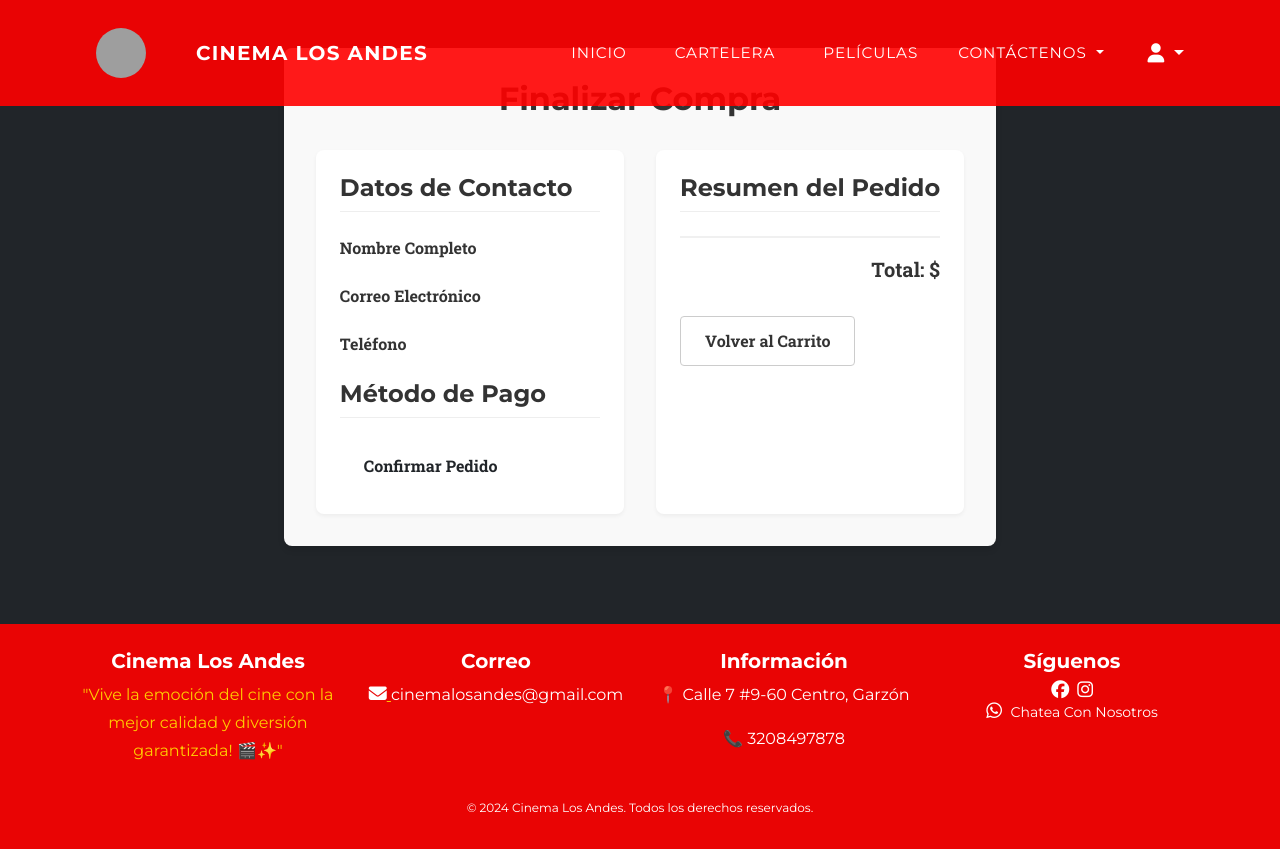
Repository: FelipeADSO/PROYECTO-SENA-FINAL
Page: cinema/templates/finalizar_compra.html
These files come from the project's save history. The page is drawn as it stood at one moment and after the next save; the edit follows.
The browser window is 1280 px wide. The pictures show the whole page.
Pictures or frames that could not be fetched are drawn as grey boxes. Some web libraries are served in a nearby version. The template is drawn by Django 5.2. The application's start-up code is not run. The template is opened directly, without the code that normally fills it, so the values that code supplies are empty.

Above is the page before, as saved 2025-03-06 09:25:11.

After the next save:
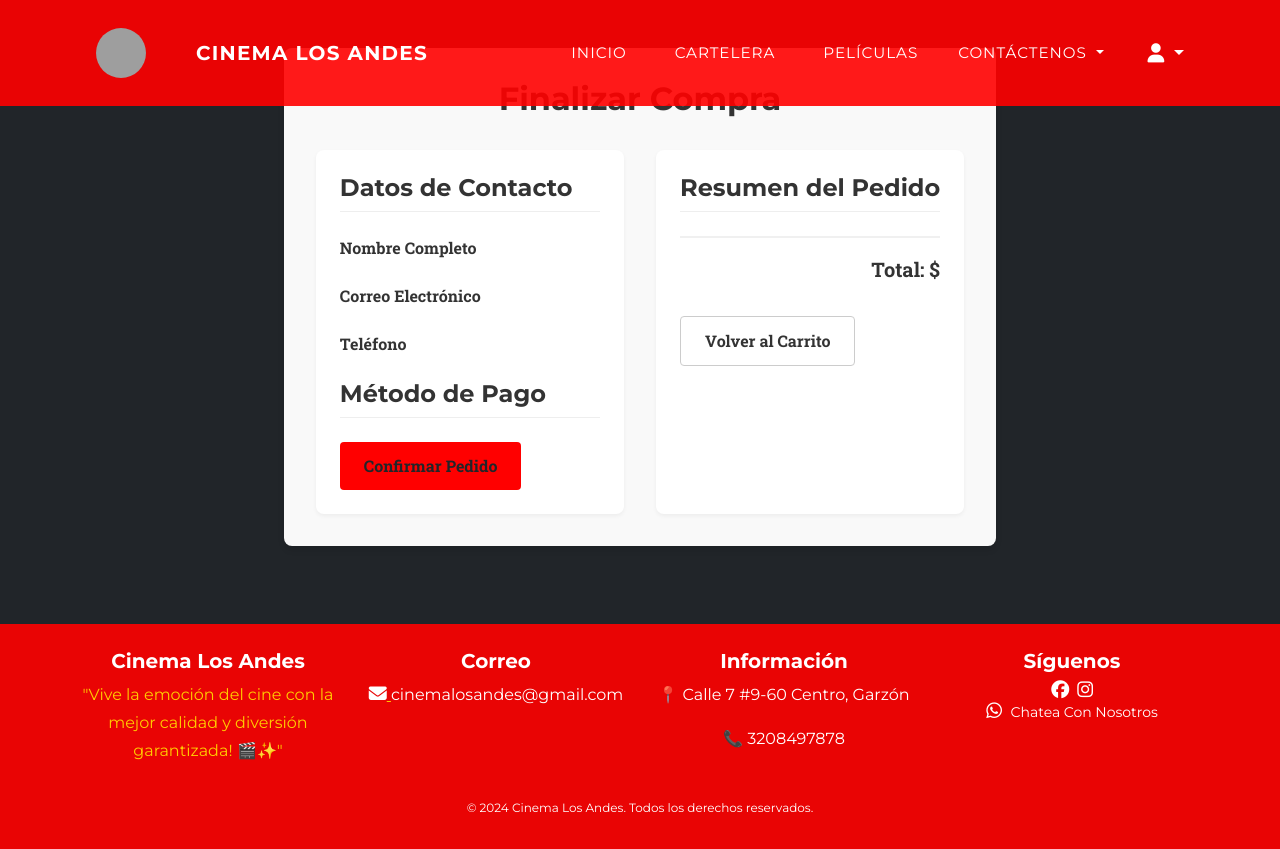
Saved 6 s later.
--- a/cinema/templates/finalizar_compra.html
+++ b/cinema/templates/finalizar_compra.html
@@ -209,7 +209,7 @@
                         {% endif %}
                     </div>
 
-                    <button type="submit" class="btn" style="b">
+                    <button type="submit" class="btn" style="background-color: red ;">
                         Confirmar Pedido
                     </button>
                 </form>
